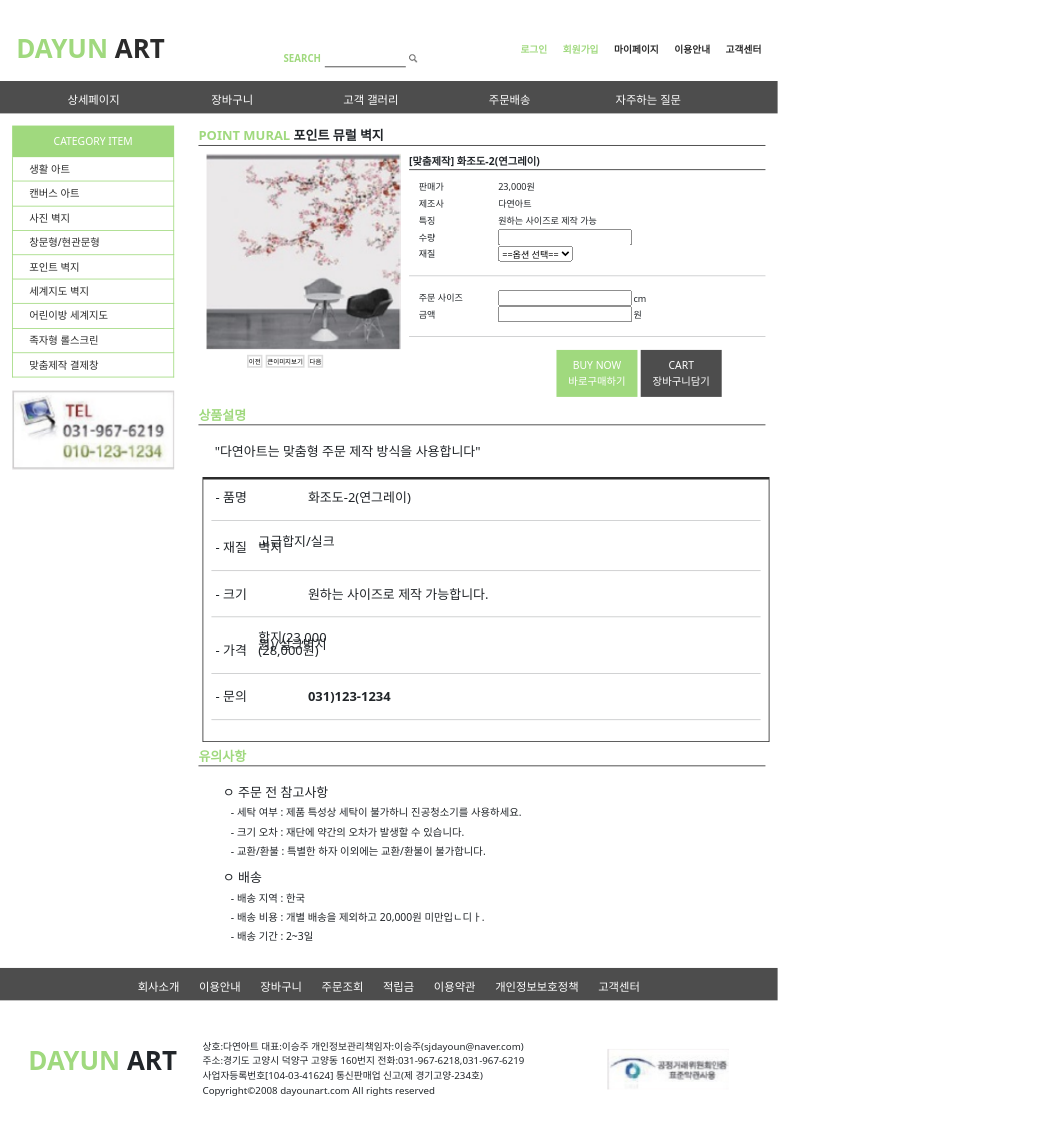
Repository: yeonddu/green_js
Page: pro01/public/bootstrap/product.html
These files come from the project's save history. The page is drawn as it stood at one moment and after the next save; the edit follows.
The browser window is 1280 px wide. The pictures show the whole page, at 81% of full size.

Above is the page before, as saved 2022-12-27 07:51:34.

After the next save:
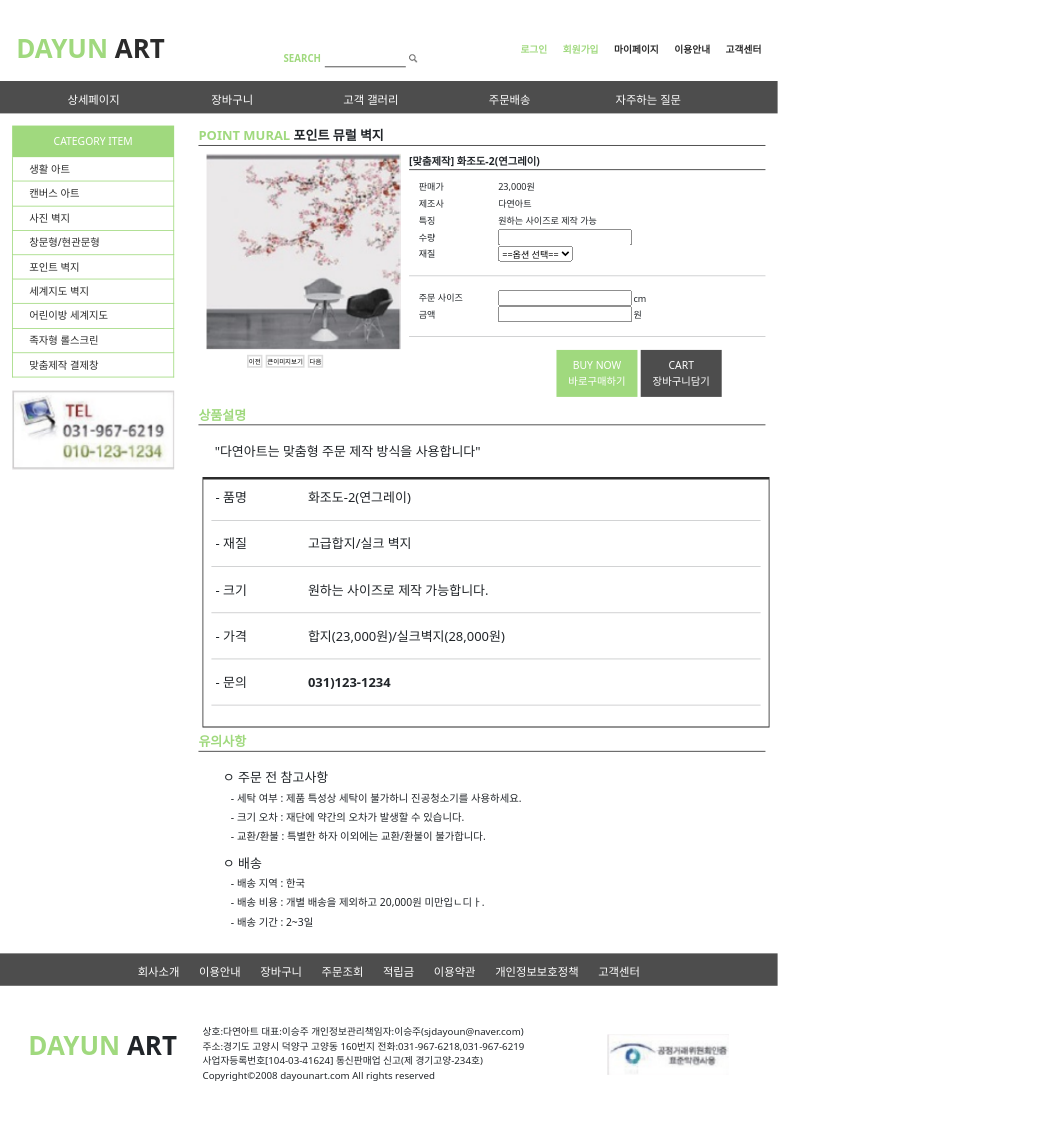
Saved 18 s later.
--- a/pro01/public/bootstrap/product.css
+++ b/pro01/public/bootstrap/product.css
@@ -142,7 +142,7 @@ section .product-title {
 	margin:5px;
 	line-height:0.5;
 }
-#box2 #box2-content p:nth-child(2n+1) {
+#box2 #box2-content p:nth-child(3n+1) {
 	width:100px;
 }
 
